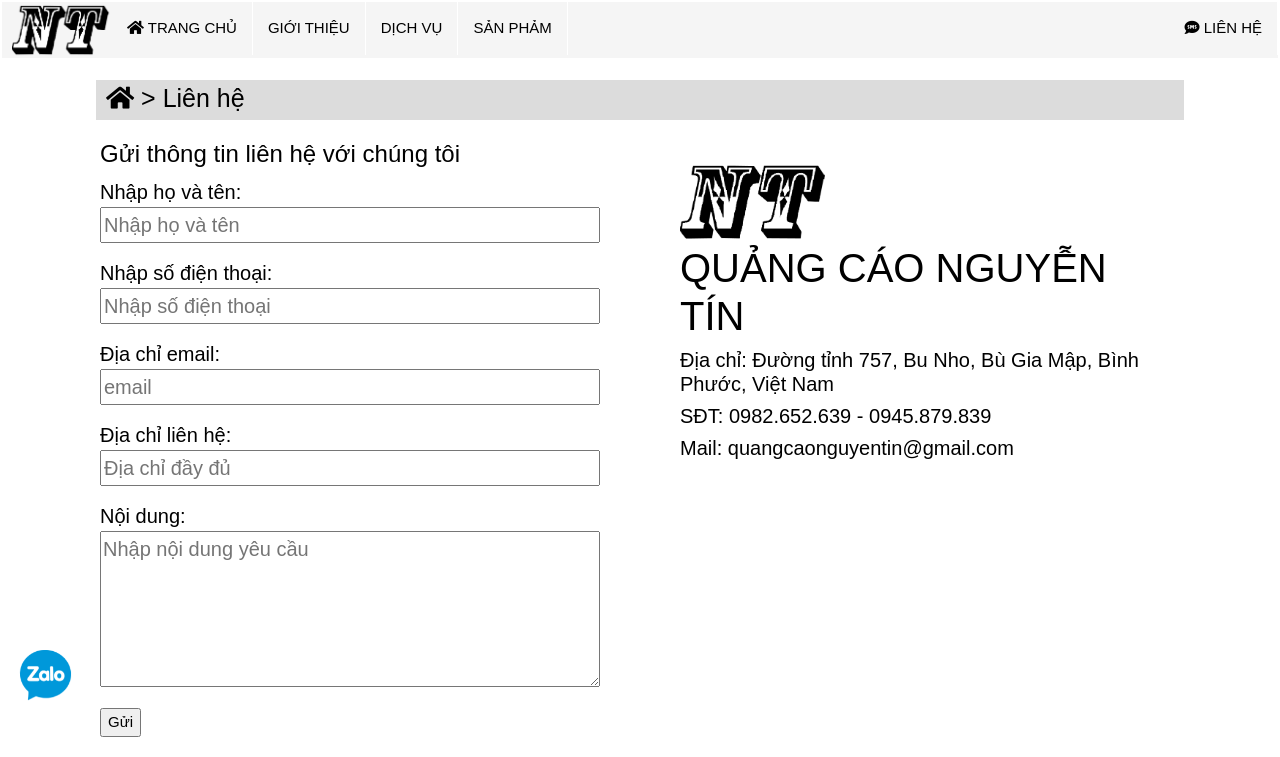
Repository: Haunguyen42193/quangcaonguyentin.github.io
Page: contact.html
These files come from the project's save history. The page is drawn as it stood at one moment and after the next save; the edit follows.
The browser window is 1280 px wide. The pictures show the part of the page from y = 0 to 757 px (the page is 1526 px tall).
Pictures or frames that could not be fetched are drawn as grey boxes. Some web fonts or font styles are not loaded; a fallback is used. Some web libraries are served in a nearby version.

Above is the page before, as saved 2021-09-17 17:57:16.

### contact.html
<!DOCTYPE html>
<html lang="en">
<head>
    <meta charset="UTF-8">
    <meta http-equiv="X-UA-Compatible" content="IE=edge">
    <meta name="viewport" content="width=device-width, initial-scale=1.0">
    <meta http-equiv="refresh" content="18000"/>
    <title>Quảng Cáo Nguyễn Tín</title>
    <link rel="shotcut icon" href="images/logo2.png"/>
    <link
    rel="stylesheet"
    href="https://cdnjs.cloudflare.com/ajax/libs/animate.css/4.1.1/animate.min.css"
    />
    <!--carousel-->
    <link href="https://cdn.jsdelivr.net/npm/bootstrap@5.1.0/dist/css/bootstrap.min.css" rel="stylesheet" integrity="sha384-KyZXEAg3QhqLMpG8r+8fhAXLRk2vvoC2f3B09zVXn8CA5QIVfZOJ3BCsw2P0p/We" crossorigin="anonymous">
    <!--font awesome-->
    <link rel="stylesheet" href="https://pro.fontawesome.com/releases/v5.10.0/css/all.css" integrity="sha384-AYmEC3Yw5cVb3ZcuHtOA93w35dYTsvhLPVnYs9eStHfGJvOvKxVfELGroGkvsg+p" crossorigin="anonymous"/>
    <!--css-->
    <link rel="stylesheet" href="CSS/stylecontact.css"/>
    <!--font chữ-->
    <link rel="preconnect" href="https://fonts.googleapis.com">
    <link rel="preconnect" href="https://fonts.gstatic.com" crossorigin>
    <link href="https://fonts.googleapis.com/css2?family=K2D:wght@600&display=swap" rel="stylesheet">
    <!-- JavaScript Bundle with Popper -->
    <script src="https://cdn.jsdelivr.net/npm/bootstrap@5.1.0/dist/js/bootstrap.bundle.min.js" integrity="sha384-U1DAWAznBHeqEIlVSCgzq+c9gqGAJn5c/t99JyeKa9xxaYpSvHU5awsuZVVFIhvj" crossorigin="anonymous"></script>
    <!--Jquery-->
    <script src="Js/jquery-3.6.0.min.js"></script>

</head>
<body>
    <script src="Js/main.js"></script>
    <nav class="header-menu">
        <div class="menu">
            <div class="logo">
                <a href="homepage.html"><img src="images/logo2.png" alt="bang quang cao tiem" id="logotiem"/></a>
            </div>
            <ul>
                <li><a href="homepage.html"><i class="fas fa-home"></i> TRANG CHỦ</a></li>
                <li><a href="#">GIỚI THIỆU</a></li>
                <li class="sub"><a href="homepage.html">DỊCH VỤ</a>
                    <ul class="menu subcontent">
                        <li><a href="#">LÀM BẢNG HIỆU LED</a></li>
                        <li><a href="#">LÀM BẢNG HIỆU ALU</a></li>
                        <li><a href="#">LÀM BẢNG HIỆU HỘP ĐÈN</a></li>
                        <li><a href="#">LÀM BẢNG HIỆU MICA</a></li>
                    </ul>
                </li>
                <li class="sub"><a href="#">SẢN PHẢM</a>
                    <ul class="menu subcontent">
                      <li><a href="#">BẢNG HIỆU HỘP ĐÈN</a></li>
                      <li><a href="#">MẶT DỰNG ALU</a></li>
                      <li><a href="#">BẢNG HIỆU CHỮ NỔI</a></li>
                      <li><a href="#">BẢNG HIỆU LED</a></li>
                    </ul>
                </li>
                <li><a href="contact.html"><i class="fas fa-sms"></i> LIÊN HỆ</a></li>
            </ul>
        </div>
      </nav>

      <!--go to top-->
      <div>
        <a id="goToTop" href="javascript:;"><i class="fas fa-chevron-up" title="GO TO TOP"></i></a>
      </div>
      <!--zalo-->
      <div class="zalo">
        <a href="https://zalo.me/0982652639" target="_blank"><img src="images/icon-zalo1.png"/></a>
      </div>
      <!--content of contact-->
    <section>
        <div class="contact-title">
            <div>
                <a href="homepage.html" title="Trang chủ"><i class="fas fa-home"></i></a>
                <span>></span>
                <span class="move">Liên hệ</span>
            </div>
        </div>
        <div class="contact">
            <div class="contact-info">
                <h4>Gửi thông tin liên hệ với chúng tôi</h4>
                <div class="nhap">
                    <p>Nhập họ và tên: </p><input type="text" placeholder="Nhập họ và tên" id="name"/>
                </div>
                <div class="nhap">
                    <p>Nhập số điện thoại:</p><input type="text" placeholder="Nhập số điện thoại" id="phone"/>
                </div>
                <div class="nhap">
                    <p>Địa chỉ email: </p><input type="text" placeholder="email" id="mail"/>
                </div>
                <div class="nhap">
                    <p>Địa chỉ liên hệ: </p><input type="text" placeholder="Địa chỉ đầy đủ" id="address/>
                </div>
                <div class="nhap">
                    <p>Nội dung:</p>
                    <textarea placeholder="Nhập nội dung yêu cầu" name="sNoidung" rows="5" id="request"></textarea>
                </div>
                <div class="submit">
                    <input type="button" value="Gửi" id="submit"/>
                </div>

            </div>
        </div>
        <div class="popup">
          <div class="inform">
            <a href="#">x</a>
            <input type="button" value="OK" id="ok"/>
            <input type="button" value="Chỉnh sửa" id="fix"/>
          </div>
        </div>
        <div class="contact1">
            <div class="contact-info">
                <img src="images/logo2.png" alt="logo" class="foot-logo" />
                <h1>QUẢNG CÁO NGUYỄN TÍN</h1>
                <h2>Địa chỉ: Đường tỉnh 757, Bu Nho, Bù Gia Mập, Bình Phước, Việt Nam</h2>
                <h2>SĐT: 0982.652.639 - 0945.879.839</h2>
                <h2>Mail: quangcaonguyentin@gmail.com</h2>
            </div>
        </div>
    </section>
    <div class="google-map-contact">
        <iframe src="https://www.google.com/maps/embed?pb=!1m18!1m12!1m3!1d5524.536939975059!2d106.86915028708552!3d11.734195462804998!2m3!1f0!2f0!3f0!3m2!1i1024!2i768!4f13.1!3m3!1m2!1s0x31735d28dd4c295f%3A0xd023a3b16b598d53!2zVHLGsOG7nW5nIFRIUFQgTmd1eeG7hW4gS2h1eeG6v24gLSBCw7kgTmhv!5e0!3m2!1svi!2s!4v1629276927340!5m2!1svi!2s" style="border:0;" allowfullscreen="" loading="lazy"></iframe>"
    </div>
    <section>
        <div class="foot-contacts">
          <div class="foot-contact">
            <img src="images/logo2.png" alt="logo" class="foot-logo" />
            <h1>QUẢNG CÁO NGUYỄN TÍN</h1>
            <h2>Địa chỉ: Đường tỉnh 757, Bu Nho, Bù Gia Mập, Bình Phước, Việt Nam</h2>
            <h2>SĐT: 0982.652.639 - 0945.879.839</h2>
            <h2>Mail: quangcaonguyentin@gmail.com</h2>
          </div>
          <div class="foot-service">
            <div class="foot-service-title">
              <h1>DANH MỤC DỊCH VỤ</h1>
            </div>
            <h2><a href="#">Làm bảng hiệu LED</a></h2>
            <h2><a href="#">Làm bảng hiệu ALU</a></h2>
            <h2><a href="#">Làm bảng hiệu HỘP ĐÈN</a></h2>
            <h2><a href="#">Làm bảng hiệu MICA</a></h2>
          </div>
          <div class="foot-product">
            <div class="foot-service-title">
              <h1>DANH MỤC SẢN PHẨM</h1>
            </div>
            <h2><a href="#">Làm bảng hiệu LED</a></h2>
            <h2><a href="#">Làm bảng hiệu ALU</a></h2>
            <h2><a href="#">Làm bảng hiệu HỘP ĐÈN</a></h2>
            <h2><a href="#">Làm bảng hiệu MICA</a></h2>
          </div>
        </div>
      </section>
      <!--foot-->
      <div class="web-foot">
        <h2>QUẢNG CÁO NGUYỄN TÍN &#10052 2021</h2>
      </div>
</body>
</html>

### CSS/stylecontact.css
body {
    font-family: 'K2D', sans-serif;
    font-size: 15px;
    background-color: white;
    background-repeat: no-repeat;
    background-attachment: fixed;
}
/*menu*/
.header-menu{
    width:100%;
    background-color: whitesmoke;
    padding-left: 10px;
    border: 2px solid white;
    position: fixed;
    z-index:99;
    top:0;
    left:0;
}
img#logotiem{
    width:100px;
    float:left;
}
div.menu > ul{
    display:flex;
    /* justify-content: center;
    align-items: center; */
}
div.menu ul{
    list-style-type: none;
    margin: 0;
    padding:0;
    background-color: whitesmoke;
}
div.menu ul li:last-child{
    margin-left: auto;
}
.subcontent{
    display:none;
    background: linear-gradient(gray, rgb(224, 222, 222));
}
.sub:hover .subcontent{
    display: block;
    position:absolute;
    width: 230px;
}

div.menu ul li{
    margin-bottom: 0px;
    position:relative;
    border-right: 1px solid white;
}

div.menu ul li a::before{
    content: '';
     position: absolute;
     bottom: -7px;
     left: 0px;
     width: 100%;
     height: 5px;
     background-color: #0cacdd;
     border-radius: 8px 8px 0 0;
     opacity: 0;
     transition: 0.3s;
}

div.menu ul li a:hover:before{
    opacity: 1;
    bottom:0;
}
div.menu ul li a{
    text-decoration: none;
    display: block;
    padding: 15px;
}
a:link{
    color:black;
}
a:visited{
    color:black;
}
a:hover{
    background-color: rgb(37, 32, 32);
    color: #2591d8;
}
a:active{
    color:rgb(35, 23, 201);
}

.subcontent::before{
    content: " ";
    border-width: 10px;
    border-style: solid;
    border-color:transparent transparent gray transparent;
    position: absolute;
    bottom: 100%;
    left:15%;
}
/*gototop*/
#goToTop {
    position: fixed;
    font-size: 30px;
    border-radius: 50%;
    z-index: 99;
    padding: 0 10px;
    border: 2px solid red;
    color: red;
    opacity: 0.5;
    right: 10px;
    bottom: 10px;
}
/*zalo*/
.zalo{
    position: fixed;
    z-index: 999;
    left: 20px;
    bottom: 20px;
    width: 4%;
}
.zalo img{
    width: 100%;
    animation:zalo-ring 1s infinite ease-in-out;
}
.zalo > a:hover{
    background-color: transparent;
}
@keyframes zalo-ring{
    0%{
    transform:rotate(0) scale(1) skew(1deg)
    }
    10%{
        transform:rotate(-25deg) scale(1.05) skew(1deg)
    }
    20%{
        transform:rotate(25deg) scale(1) skew(1deg)
    }
    30%{
        transform:rotate(-25deg) scale(1.05) skew(1deg)
    }
    40%{
        transform:rotate(25deg) scale(1) skew(1deg)
    }
    50%{
        transform:rotate(0) scale(1) skew(1deg)
    }
    100%{
        transform:rotate(0) scale(1) skew(1deg)
    }
}
/*foot contact*/
.foot-contacts {
    display: flex;
    position: relative;
    top: 120px;
    justify-content: center;
}
.foot-contacts h2{
    font-size: 15px;
}
.foot-contact {
    display: flex;
    width: 350px;
    flex-wrap: wrap;
    width: 25%;
}
.foot-logo{
    width:30%;
}
.foot-contact h1{
    width: 50%;
    font-size: 25px;
}
.foot-service{
    position: relative;
    border-right: 1px solid gray;
    width:25%;
    padding: 0 50px;
    border-left: 1px solid gray;
}
.foot-product{
    position: relative;
    width: 25%;
    padding: 0 50px;
}
.foot-service-title h1{
    font-size: 20px;
    padding-bottom: 10px;
    padding-top: 10px;
}
.foot-contacts a{
    text-decoration: none;
}
.foot-contacts a:link{
    color: #4b7494;
}
.foot-contacts a:visited{
    color: #4b7494;
}
.foot-contacts a:hover{
    color: #0c0e0f;
    background-color: white;
}
.foot-contacts a:active{
    color: #124c79;
}
/*web foot*/
.web-foot{
    background-color: gray;
    position: relative;
    top: 80px;
    padding: 15px;
    margin-top: 60px;
}
.web-foot > h2{
    text-align: center;
    font-size: 15px;
}
/*contact*/
.contact {
    color: black;
    position: relative;
    top:100px;
    left: 100px;
    width: 500px;
    border-radius: 5px;
}
.contact1 {
    color: black;
    position: absolute;
    top:160px;
    right: 100px;
    width: 500px;
    border-radius: 5px;
}
.contact-title{
    color: black;
    position: relative;
    top: 80px;
    width: 85%;
    margin: auto;
    height: 40px;
    background-color: gainsboro;
    font-size: 25px;
}
.contact-title div{
    padding-left: 10px;
}
.contact-title a:hover{
    background-color: transparent;
    color: black;
}
.contact-info p{
    font-size: 20px;
    position: relative;
    margin: 0;
}
.nhap input, textarea{
    font-size: 20px;
    width: 100%;
    margin-bottom: 15px;
}
.contact1 h2{
    font-size: 20px;
}
.popup{
    position: fixed;
    width: 30%;
    height: 400px;
    background-color: rgb(238, 238, 238);
    z-index: 99;
    top: 10%;
    left:35%;
    box-shadow: 3px 3px 3px black;

}
.popup a{
    padding: 0 8px 5px;
    text-decoration: none;
    position: absolute;
    top: 0;
    left: 0;
    color: black;

}
.popup a:hover{
    background-color: red;
    color: white;
    outline: 1px groove white;
}
#ok{
    position: absolute;
    bottom: 3px;
    right: 5px;
    width: 75px;
    font-size: 13px;
}
#fix{
    position: absolute;
    bottom: 3px;
    right: 85px;
    width: 75px;
    font-size: 13px;
}
.notice{
    padding: auto;
}
/*contact-map*/
.google-map-contact iframe{
    position: relative;
    top:120px;
    width: 100%;
    height:500px;
}

### Js/main.js

$(document).ready(function() {
    $("#goToTop").hide()
    $(window).scroll(function() {

        if($(this).scrollTop() >= 80)
            $("#goToTop").show("slow");
        else
            $("#goToTop").hide("slow");

    })
    $("#goToTop").click(function() {
        $("html, body").animate({
            scrollTop: 0
        }, 1000);
    })
    $(".popup").hide()
    $("#submit").click(function(){
        var name = $("#name").val()
        var phone = $("#phone").val()
        $(".popup").fadeIn(1000).prepend(`
        <div class="inform">
            <a href="#">x</a>
            <input type="button" value="OK" id="ok"/>
            <input type="button" value="Chỉnh sửa" id="fix"/>
          </div>
        `)
    })
    $(".popup > a, #ok").click(function(){
        event.preventDefault()
        $(this).parent().remove()
    })
})

Loaded but not shown: Js/jquery-3.6.0.min.js (library)

After the next save:
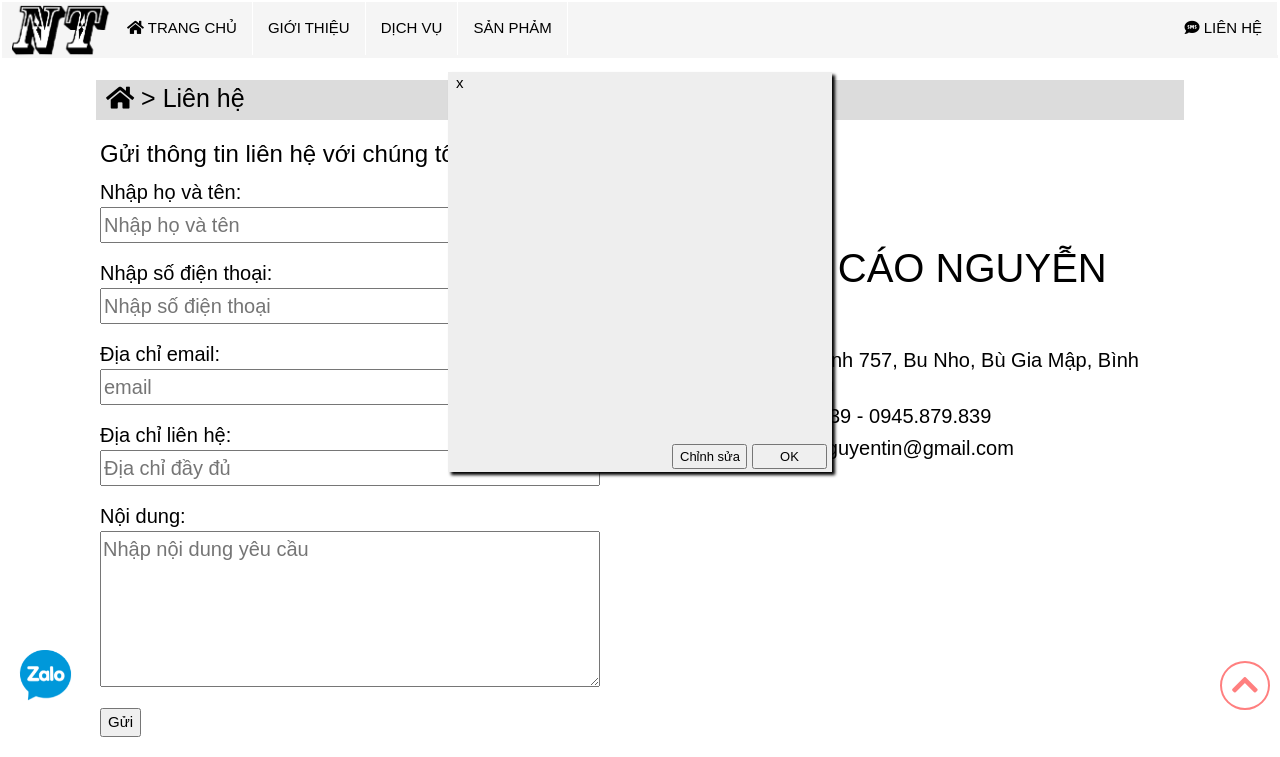
Console error: SyntaxError: missing ) after argument list
Saved 104 s later.
--- a/Js/main.js
+++ b/Js/main.js
@@ -14,7 +14,7 @@ $(document).ready(function() {
             scrollTop: 0
         }, 1000);
     })
-    $(".popup").hide()
+    $(".inform").hide()
     $("#submit").click(function(){
         var name = $("#name").val()
         var phone = $("#phone").val()
@@ -26,7 +26,7 @@ $(document).ready(function() {
           </div>
         `)
     })
-    $(".popup > a, #ok").click(function(){
+    $(".popup").on("click", ".popup > a, #ok", (function(){
         event.preventDefault()
         $(this).parent().remove()
     })

After the 3 saves that followed:
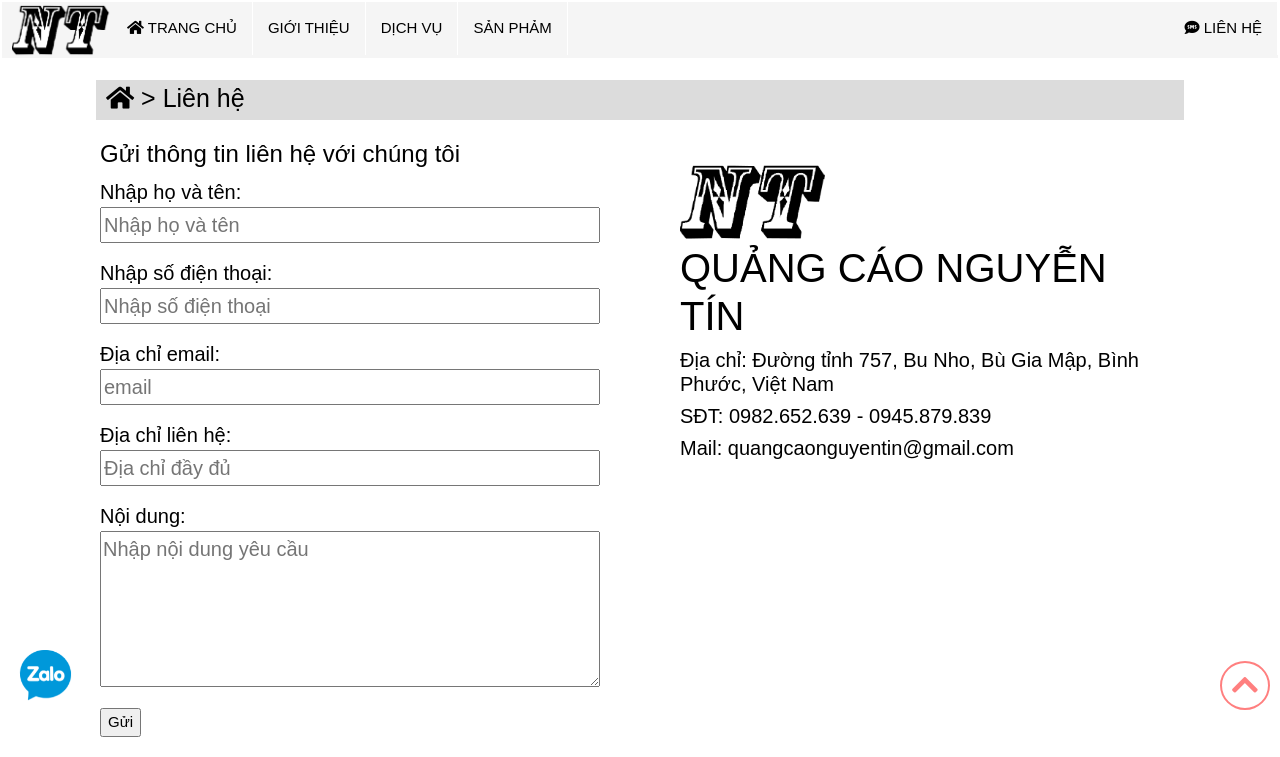
The 3 saves are shown as one change because 2 left the picture as it was.
The last was saved 81 s later.
--- a/CSS/stylecontact.css
+++ b/CSS/stylecontact.css
@@ -261,7 +261,7 @@ a:active{
 .contact1 h2{
     font-size: 20px;
 }
-.popup{
+.inform{
     position: fixed;
     width: 30%;
     height: 400px;
@@ -270,9 +270,9 @@ a:active{
     top: 10%;
     left:35%;
     box-shadow: 3px 3px 3px black;
-
-}
-.popup a{
+    display: none;
+}
+.inform a{
     padding: 0 8px 5px;
     text-decoration: none;
     position: absolute;
@@ -281,7 +281,7 @@ a:active{
     color: black;
 
 }
-.popup a:hover{
+.inform a:hover{
     background-color: red;
     color: white;
     outline: 1px groove white;
